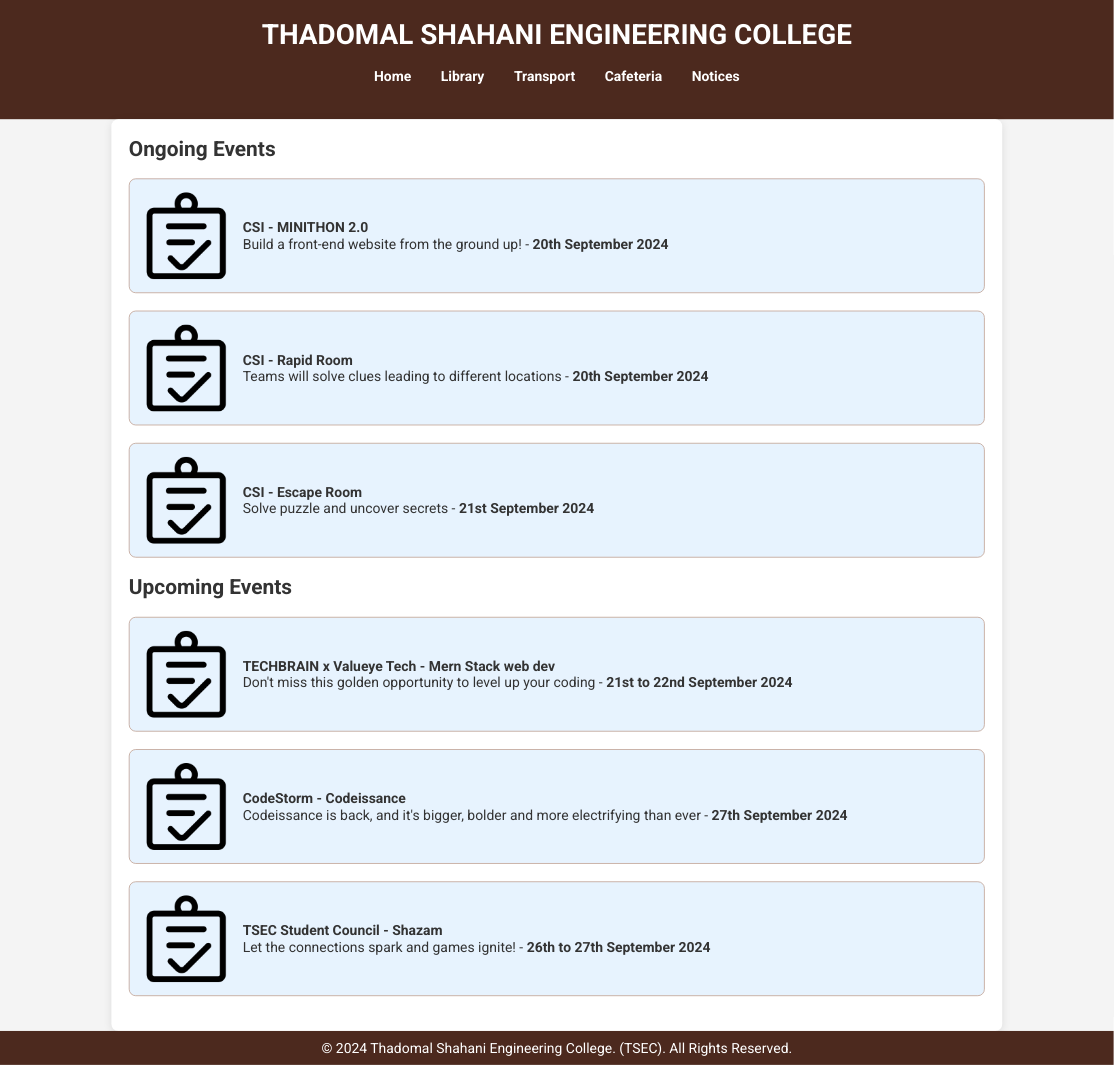
Repository: TejasS1233/MINITHON-hackathon-project
Page: Event.html
The author's editor kept a copy of each file at every save. The page is drawn from the files as they stood at one save, then again after the next save.
The browser window is 1280 px wide. The pictures show the whole page, at 87% of full size.

Above is the page before, as saved 2024-09-20 10:57:33.

### Event.html
<!DOCTYPE html>
<html lang="en">

<head>
    <meta charset="UTF-8">
    <meta name="viewport" content="width=device-width, initial-scale=1.0">
    <title>Events | TSEC</title>
    <link rel="icon" href="favicon.ico" type="image/x-icon">
    <link rel="stylesheet" href="styles.css">
    <link rel="preconnect" href="https://fonts.googleapis.com">
    <link rel="preconnect" href="https://fonts.gstatic.com" crossorigin>
    <link href="https://fonts.googleapis.com/css2?family=Roboto:wght@400;700&display=swap" rel="stylesheet">
    <style>
        body {
            font-family: 'Roboto', sans-serif;
            background-color: #f4f4f4;
            margin: 0;
            padding: 0;
        }

        header {
            background-color: #4c291e;
            color: white;
            padding: 20px;
            text-align: center;
        }

        nav {
            margin: 20px 0;
        }

        nav a {
            margin: 0 15px;
            color: #ffffff;
            font-weight: bold;
            text-decoration: none;
        }

        .container {
            width: 80%;
            margin: auto;
            padding: 20px;
            background: white;
            border-radius: 8px;
            box-shadow: 0 2px 10px rgba(0, 0, 0, 0.1);
        }

        .event-card {
            display: flex;
            align-items: center;
            background: #e7f3fe;
            border: 1px solid #c5a99c;
            border-radius: 8px;
            margin: 20px 0;
            padding: 15px;
        }

        .event-card img {
            width: 150px;
            height: 100px;
            border-radius: 8px;
            margin-right: 15px;
        }

        footer {
            text-align: center;
            padding: 10px 0;
            background-color: #4c291e;
            color: white;
            position: relative;
            bottom: 0;
            width: 100%;
        }
        .event-card img {
            width: 100px;
            height: 100px;
            border-radius: 8px;
            margin-right: 15px;
        }
    </style>
</head>

<body>

    <header>
        <h1>THADOMAL SHAHANI ENGINEERING COLLEGE</h1>
        <nav>
            <a href="index.html">Home</a>
            <a href="#">Library</a>
            <a href="#">Transport</a>
            <a href="#">Cafeteria</a>
            <a href="#">Notices</a>
        </nav>
    </header>

    <div class="container">
        <h2>Ongoing Events</h2>
        <div class="event-card">
            <img src="Events.png" alt="Event 1">
            <div>
                <h4>CSI - MINITHON 2.0</h4>
                <p>Build a front-end website from the ground up! - <strong>20th September 2024</strong></p>
            </div>
        </div>

        <div class="event-card">
            <img src="Events.png" alt="Event 2">
            <div>
                <h4>CSI - Rapid Room</h4>
                <p>Teams will solve clues leading to different locations - <strong>20th September 2024</strong></p>
            </div>
        </div>

        <div class="event-card">
            <img src="Events.png" alt="Event 3">
            <div>
                <h4>CSI - Escape Room</h4>
                <p>Solve puzzle and uncover secrets - <strong>21st September 2024</strong></p>
            </div>
        </div>
        <h2>Upcoming Events</h2>
        <div class="event-card">
            <img src="Events.png" alt="Event 4">
            <div>
                <h4>TECHBRAIN x Valueye Tech - Mern Stack web dev</h4>
                <p>Don't miss this golden opportunity to level up your coding - <strong>21st to 22nd September 2024</strong></p>
            </div>
        </div>

        <div class="event-card">
            <img src="Events.png" alt="Event 5">
            <div>
                <h4>CodeStorm - Codeissance</h4>
                <p>Codeissance is back, and it's bigger, bolder and more electrifying than ever - <strong>27th September 2024</strong></p>
            </div>
        </div>

        <div class="event-card">
            <img src="Events.png" alt="Event 5">
            <div>
                <h4>TSEC Student Council - Shazam</h4>
                <p>Let the connections spark and games ignite! - <span style="font-weight: bold;">26th to 27th September 2024</p>
            </div>
        </div>
    </div>

    <footer>
        <p>&copy; 2024 Thadomal Shahani Engineering College. (TSEC). All Rights Reserved.</p>
    </footer>

</body>

</html>

### styles.css
/* Global Reset */
* {
    margin: 0;
    padding: 0;
    box-sizing: border-box;
}

/* Body Styling */
body {
    font-family: 'Arial', sans-serif;
    background-color: #f2f2f2; /* Light gray background */
    color: #333;
    padding: 20px;
}

/* Announcement Heading */
.announcement-heading {
    background-color: #333; /* Dark gray background for heading */
    color: #fff; /* White text color */
    padding: 20px 0;
    text-align: center;
    margin-bottom: 20px;
}

/* Announcement Grid */
.announcement-grid {
    display: grid;
    grid-template-columns: repeat(auto-fit, minmax(400px, 1fr));
    gap: 20px;
    margin-bottom: 10px;
}

/* Individual Announcement */
.announcement {
    background-color: #fff; /* White background for announcements */
    padding: 20px;
    border-radius: 8px; /* Rounded corners */
    box-shadow: 0 4px 8px rgba(0, 0, 0, 0.1); /* Subtle box shadow */
    height: 420px;
    position: relative;
}

.announcement h2 {
    font-size: 1.8em;
    margin-bottom: 10px;
    color: #333; /* Dark text color */
}

.announcement p {
    font-size: 1em;
    margin-bottom: 10px;
    color: #666; /* Slightly darker gray text color */
}

.cta-button {
    display: inline-block;
    background-color: #4CAF50; /* Green button */
    color: #fff; /* White text color */
    padding: 10px 20px;
    text-decoration: none;
    border-radius: 5px;
    margin-top: 10px;
    font-weight: bold;
    transition: background-color 0.3s ease;
    box-shadow: 0 2px 4px rgba(0, 0, 0, 0.1);
    position: absolute;
    bottom: 20px;
    overflow: hidden;
    text-align: center;
}

.cta-button:hover {
    background-color: #45a049;
    cursor: pointer;
}

/* Footer Styling */
footer {
    text-align: center;
    padding: 20px 0;
    background-color: #333;
    color: #fff;
    position: relative;
    width: 100%;
}

After the next save:
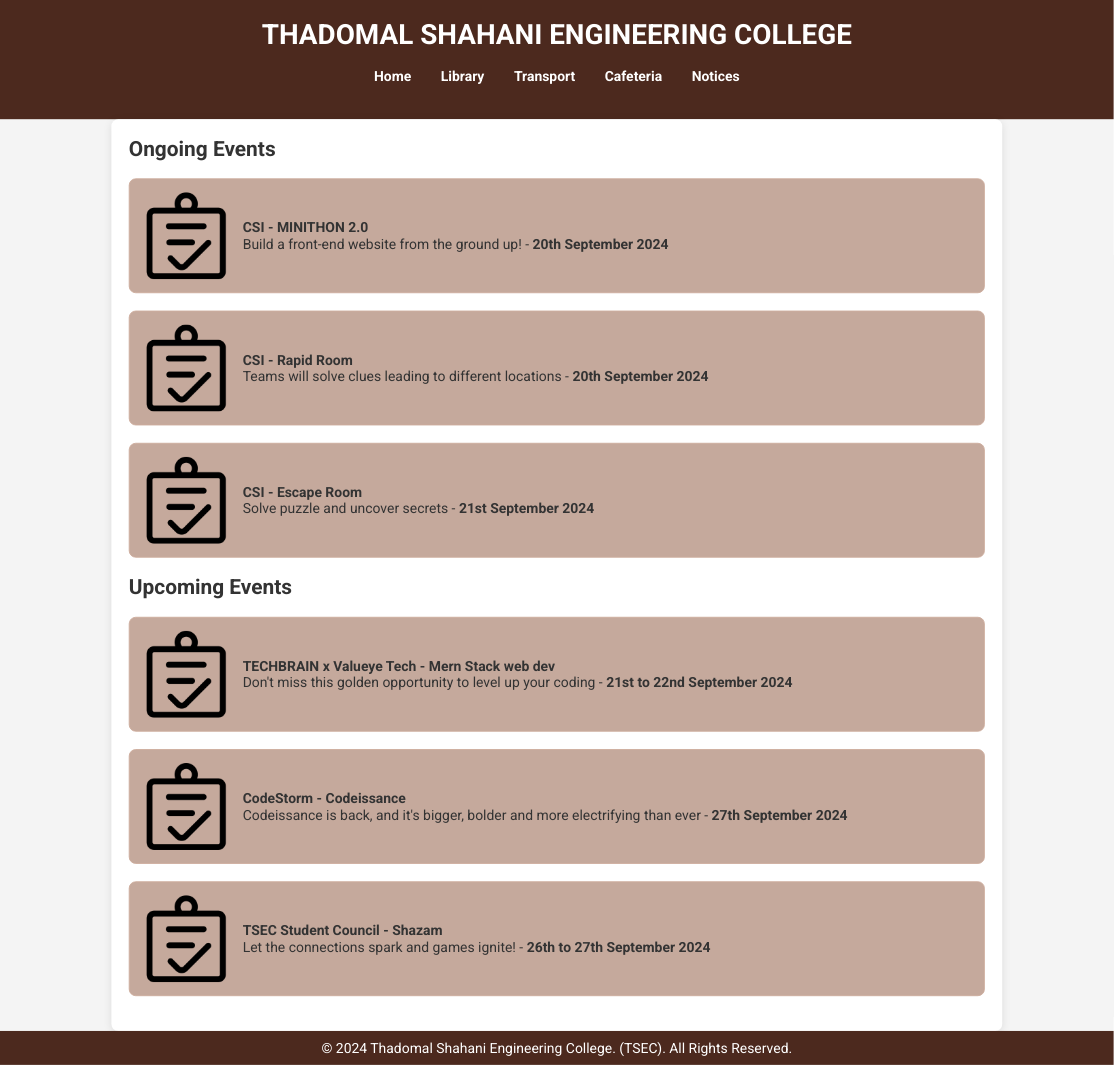
Saved 12 s later.
--- a/Event.html
+++ b/Event.html
@@ -48,8 +48,8 @@
         .event-card {
             display: flex;
             align-items: center;
-            background: #e7f3fe;
-            border: 1px solid #c5a99c;
+            background: #c5a99c;
+            border: 1px solid #ceac9c;
             border-radius: 8px;
             margin: 20px 0;
             padding: 15px;
